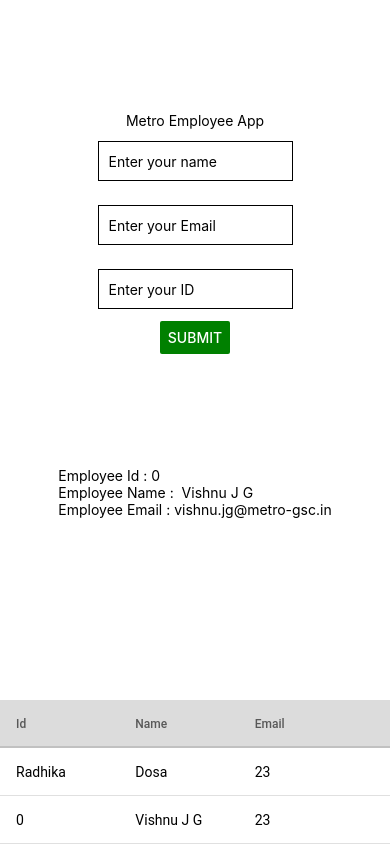
Repository: VishnuJG/Metro-Employee-App
Screen: /
An editor plug-in stored every save of this project. The screen is shown before and after a run of saves, followed by the edit.
The app was drawn by React Native's web renderer in a window 390 px wide. The project was rebuilt for these pictures with package versions that can differ from the ones it lists, and the page was loaded fresh each time. Some packages were replaced by stand-ins written for this rebuild.

Above is the screen before, as saved 2022-06-28 14:50:23.

After the next 2 saves:
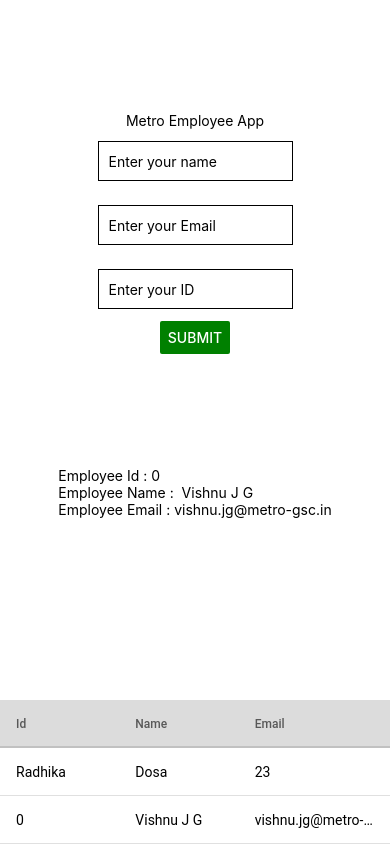
The 2 saves are shown as one change because 1 did not build or start.
The last was saved 8 s later.
--- a/components/Table.js
+++ b/components/Table.js
@@ -11,7 +11,7 @@ export default function Table(props) {
     <DataTable.Row>
             <DataTable.Cell>{props.eid}</DataTable.Cell>
             <DataTable.Cell>{props.ename}</DataTable.Cell>
-            <DataTable.Cell>23</DataTable.Cell>
+            <DataTable.Cell>{props.eemail}</DataTable.Cell>
     </DataTable.Row>
 
 
